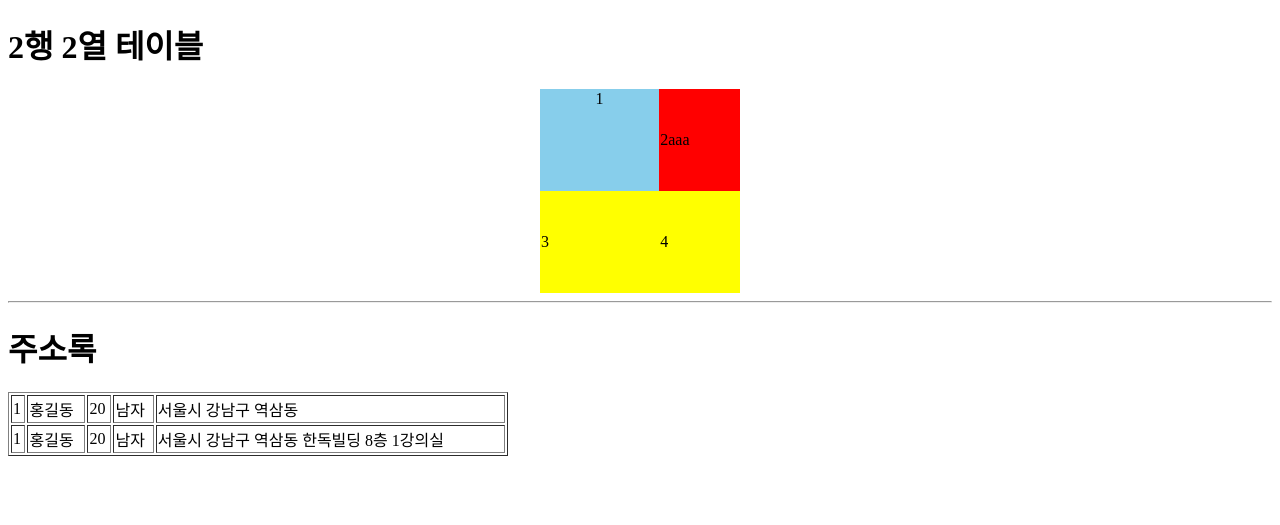
Repository: ssj5037/Class-Study
Page: [5] HTML, CSS, JavaScript/ClientTest/WebContent/Ex14_table.html
These files come from the project's save history. The page is drawn as it stood at one moment and after the next save; the edit follows.
The browser window is 1280 px wide. The pictures show the whole page.

Above is the page before, as saved 2020-06-19 07:30:46.

After the next save:
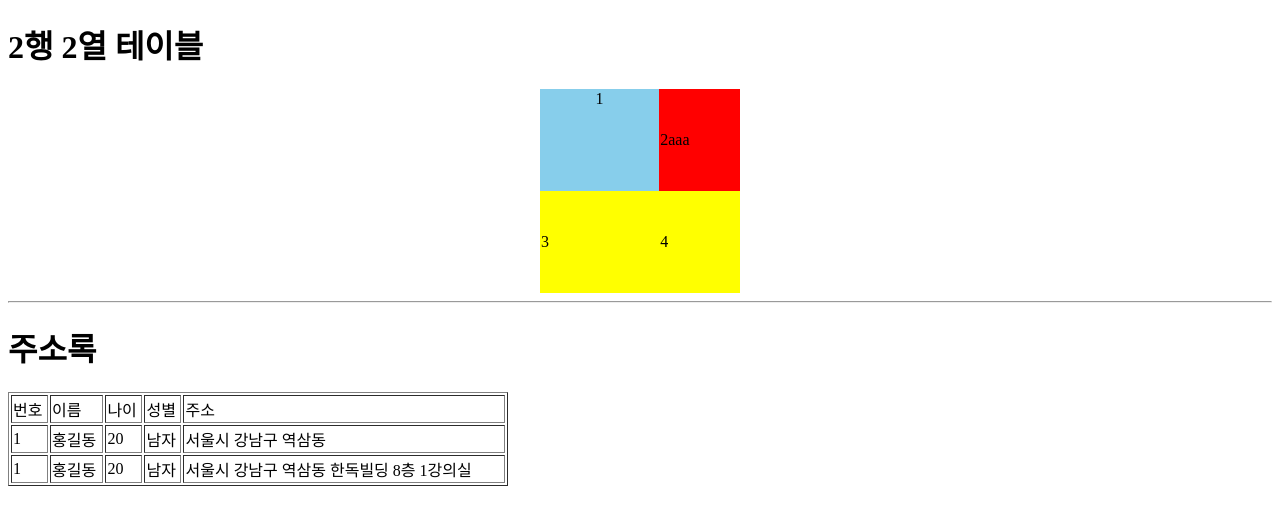
Saved 101 s later.
--- a/[5] HTML, CSS, JavaScript/ClientTest/WebContent/Ex14_table.html
+++ b/[5] HTML, CSS, JavaScript/ClientTest/WebContent/Ex14_table.html
@@ -44,6 +44,14 @@
 	 <h1>주소록</h1>
 
 	 <table border="1" width="500">
+	 	<!-- 테이블 헤더 -->
+	 	<tr>
+	 		<td>번호</td>
+	 		<td>이름</td>
+	 		<td>나이</td>
+	 		<td>성별</td>
+	 		<td>주소</td>
+	 	</tr>
 	 	<tr>
 	 		<td>1</td>
 	 		<td>홍길동</td>
